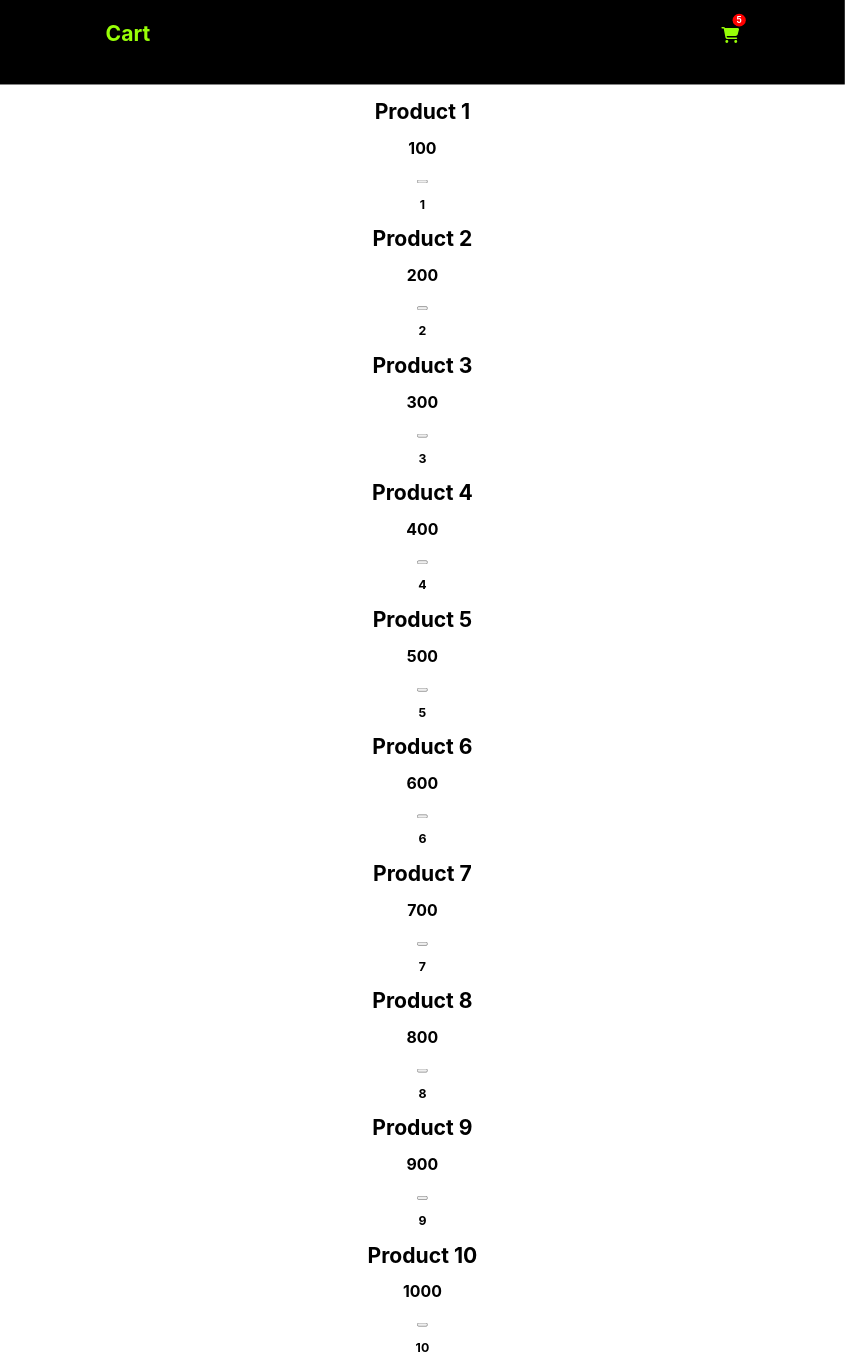
Repository: sriram1224/Cart-react-app
Page: /
The author's editor kept a copy of each file at every save. The page is drawn from the files as they stood at one save, then again after the next save.
The browser window is 1280 px wide. The pictures show the whole page, at 66% of full size.
The project was rebuilt for these pictures with package versions that can differ from the ones it lists, and the page was loaded fresh each time.

Above is the page before, as saved 2024-03-12 15:17:19.

### src/App.js
import Nav from "./Components/Nav.js"
import './App.css';
import Cart from './Components/cart.js';
function App() {
  return (
    <div className="App">
      <Nav />
      <Cart />
    </div>
  );
}

export default App;

### src/Components/Nav.js
import { FontAwesomeIcon } from '@fortawesome/react-fontawesome';
import { faShoppingCart } from '@fortawesome/free-solid-svg-icons';
import './Navbar.css';
const cartCount = 5;
function Navbar() {
  return (
      <div className="nav-container">
      <div className="cart">
          <div className="heading">
              <h1>
              Cart
              </h1>
          </div>
      <h1>
        <div className="cart-icon-container">
          <FontAwesomeIcon icon={faShoppingCart} className="cart-icon" />
          {cartCount > 0 && (
            <span className="cart-count">{cartCount}</span>
          )}
        </div>

      </h1>
    </div>
      </div>
  );
}

export default Navbar;

### src/Components/cart.js

import { BiSolidUpArrow } from "react-icons/bi";
function Cart() {
    const products = [
        {
            id:"1",
            name:"Product 1",
            price: 100,
            Quantity: 1,

        },
        {
            id:"2",
            name:"Product 2",
            price: 200,
            Quantity: 2,

        },
        {
            id:"3",
            name:"Product 3",
            price: 300,
            Quantity: 3,

        },
        {
            id:"4",
            name:"Product 4",
            price: 400,
            Quantity: 4,

        },
        {
            id:"5",
            name:"Product 5",
            price: 500,
            Quantity: 5,

        },
        {
            id:"6",
            name:"Product 6",
            price: 600,
            Quantity: 6,

        },
        {
            id:"7",
            name:"Product 7",
            price: 700,
            Quantity: 7,

        },
        {
            id:"8",
            name:"Product 8",
            price: 800,
            Quantity: 8,

        },
        {
            id:"9",
            name:"Product 9",
            price: 900,
            Quantity: 9,

        },
        {
            id:"10",
            name:"Product 10",
            price: 1000,
            Quantity: 10,

        },
    ]
    return (
        <div>
            {products.map((product, index) => {
                return (
                    <div key={index}>
                        <h1>{product.name}</h1>
                        <h2>{product.price}</h2>
                        <button>

                        </button>
                        <h3>{product.Quantity}</h3>
                    </div>
                )
            })}
        </div>
    );
}

export default Cart;

### src/Components/Navbar.css
.cart-icon-container {
    position: relative;
    display: inline-block;
}

.cart-icon {
    font-size: 1.5rem;
    color: rgb(152, 255, 7);
    /* Adjust the size as needed */
}

.cart-count {
    position: absolute;
    top: -10px;
    /* Adjust the vertical positioning */
    right: -10px;
    /* Adjust the horizontal positioning */
    background-color: red;
    color: white;
    border-radius: 50%;
    padding: 2px 6px;
    font-size: 0.8rem;
    /* Adjust the font size as needed */
}

.cart{
    display: flex;
    justify-content: space-between;
    margin: 0 10rem;
    align-items: center;
    padding-top: 10px;

}

.heading{
text-align: center;
color: rgb(152, 255, 7);
}

.nav-container{
    width: 100%;
    height: 8rem;
    background-color:rgb(0, 0, 0)
}

Loaded but not shown: public/index.html (common file); src/index.js (common file); src/index.css (common file); src/reportWebVitals.js (common file); src/App.css (common file)

After the next save:
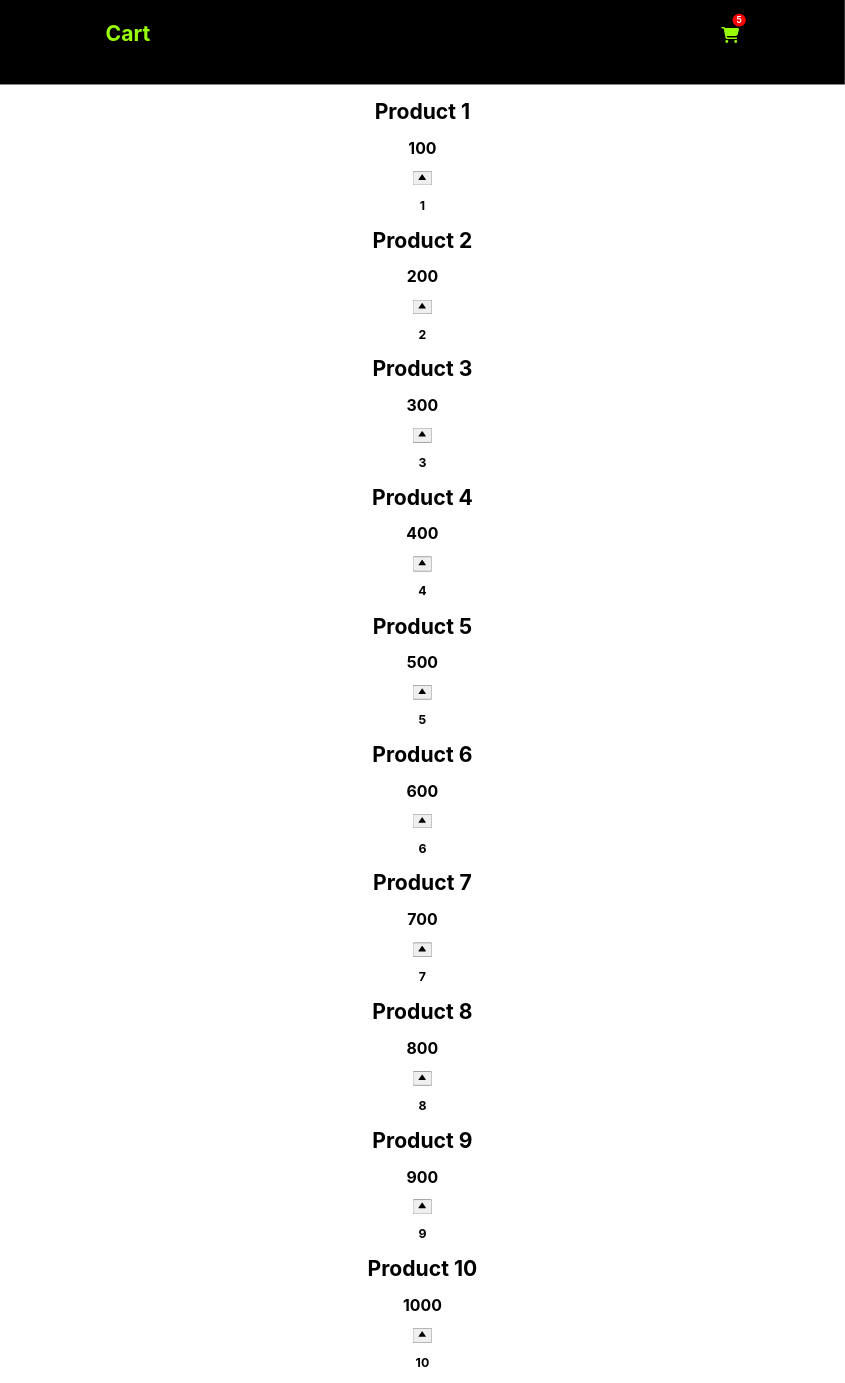
Saved 10 s later.
--- a/src/Components/cart.js
+++ b/src/Components/cart.js
@@ -81,7 +81,7 @@ function Cart() {
                         <h1>{product.name}</h1>
                         <h2>{product.price}</h2>
                         <button>
-
+                        <BiSolidUpArrow />
                         </button>
                         <h3>{product.Quantity}</h3>
                     </div>
